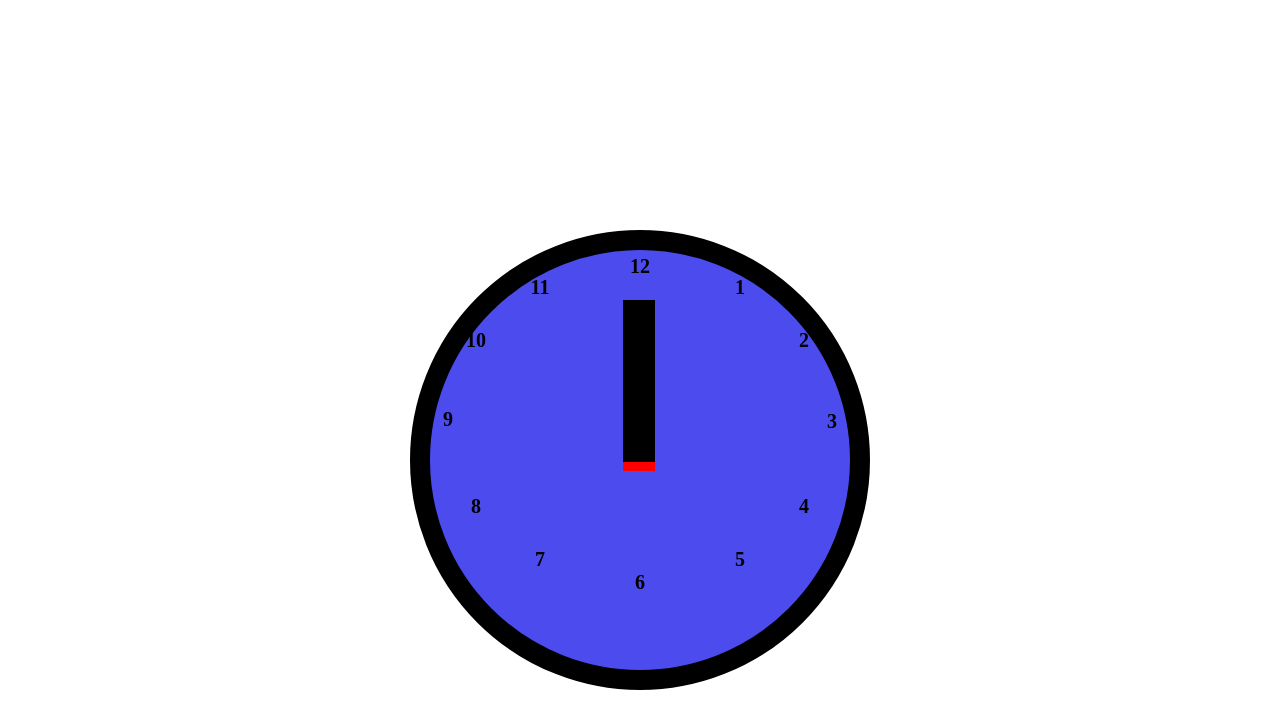
Repository: Eugene44-hub/Analog-clock
Page: index.html
An editor plug-in stored every save of this project. The page is shown before and after the next save, followed by the edit.
The browser window is 1280 px wide. The pictures show the whole page.

Above is the page before, as saved 2021-09-04 15:42:31.

After the next save:
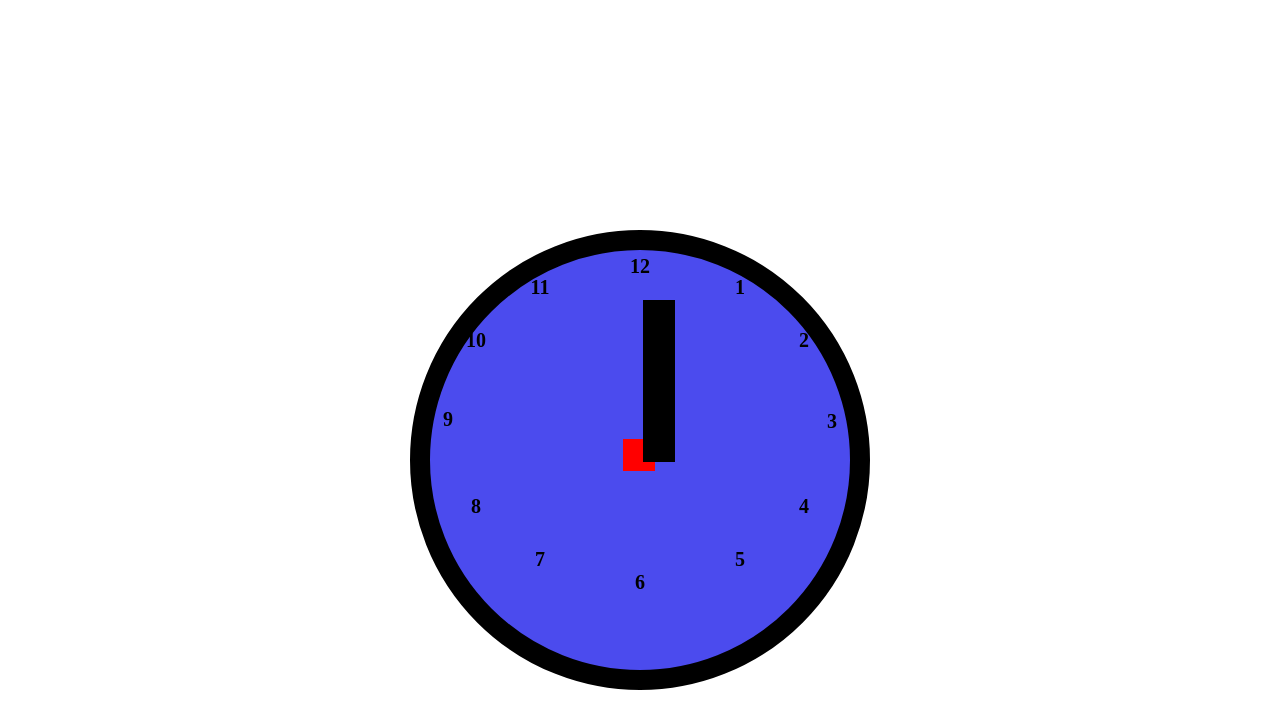
Saved 5 s later.
--- a/style.css
+++ b/style.css
@@ -37,7 +37,7 @@
     width: 32px;
     height: 162px;
     border: 50%;
-    margin-left: ;
+    margin-left: 20px;
     margin-right: ;
 }
 

After the 2 saves that followed:
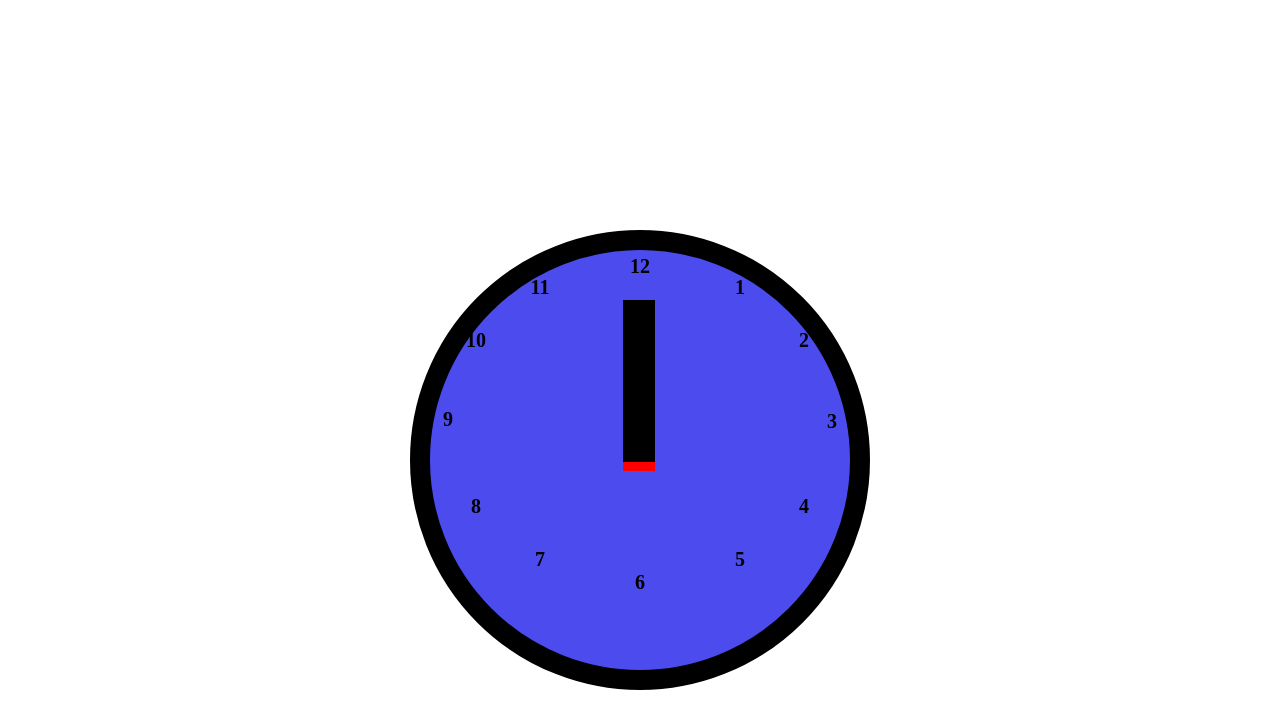
The 2 saves are shown as one change because 1 left the picture as it was.
The last was saved 15 s later.
--- a/style.css
+++ b/style.css
@@ -37,8 +37,6 @@
     width: 32px;
     height: 162px;
     border: 50%;
-    margin-left: 20px;
-    margin-right: ;
 }
 
 .num6 {
